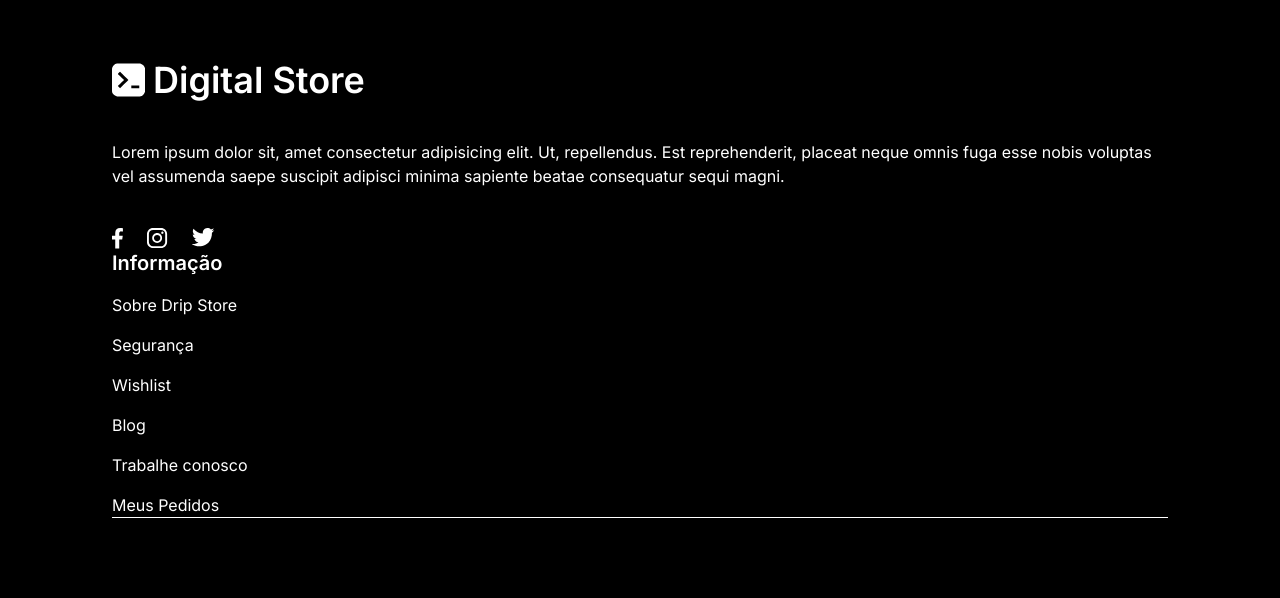
Repository: geracao-09/digital-store
Page: index.html
The author's editor kept a copy of each file at every save. The page is drawn from the files as they stood at one save, then again after the next save.
The browser window is 1280 px wide. The pictures show the part of the page from y = 3410 to 4018 px (the page is 4008 px tall before and 4018 px after).
A picture or video elsewhere on the page could not be fetched, so the positions and the page height are approximate.

Above is the page before, as saved 2025-04-25 08:53:00.

### index.html
<!DOCTYPE html>
<html lang="pt-br">
<head>
    <meta charset="UTF-8">
    <meta name="viewport" content="width=device-width, initial-scale=1.0">
    <title>Digital Store</title>
    <link href="./style.css" rel="stylesheet">
    <script src="https://cdn.jsdelivr.net/npm/@tailwindcss/browser@4"></script>
    <link rel="shortcut icon" href="/assets/digital-logo.svg" type="image/x-icon">
</head>
<body>
<header class="flex flex-col gap-12 px-[108px] py-[38px]">
    <div class="flex items-center justify-between">
        <div class="flex gap-1">
            <img src="/assets/digital-logo.svg" alt="Logo da Digital Store">
            <h1 class="text-4xl text-(--primary-color) font-semibold">Digital Store</h1>
        </div>
        <input type="text" placeholder="Pesquisar produto..." class="bg-(--light-gray-3) py-2 px-3 rounded-lg ml-40 mr-14 bg-[url(/assets/icons/search.svg)] bg-no-repeat bg-right focus:placeholder-transparent w-[560px]" />
        <div>
            <a href="#" class="bg-(--primary-color) text-white rounded-lg px-7 py-3 font-bold text-sm">
                Entrar
            </a>
        </div>
        <div class="relative">
            <img src="/assets/icons/cart.svg" alt="Imagem de um carrinho de compras">
            <div class="flex justify-center items-center absolute bg-(--tertiary-color) text-white font-bold text-xs rounded-full w-[18px] h-[18px] bottom-[15px] left-3">
                2
            </div>
        </div>
    </div>
    </div>
    <nav class="pl-32">
        <ul class="flex gap-6 text-(--dark-gray-2)">
            <li class="hover:text-(--primary-color) hover:font-bold">
                <a href="#">
                Home
            </a>
        </li>
            <li class="hover:text-(--primary-color) hover:font-bold">
                <a href="#">
                Produtos
            </a>
        </li>
            <li class="hover:text-(--primary-color) hover:font-bold">
                <a href="#">
                Categorias
            </a>
        </li>
            <li class="hover:text-(--primary-color) hover:font-bold">
                <a href="#">
                Meus Pedidos
            </a>
        </li>
        </ul>
    </nav>
</header>
<main>
    <section class="flex px-[108px] bg-(--light-gray-3) py-[78px] h-[680px] relative">
        <div class="flex flex-col gap-5 w-[466px]">
            <p class="text-(--warning-color) font-bold">
                Melhores ofertas personalizadas
            </p>
            <h2 class="font-extrabold text-6xl">
                Queima de estoque Nike 🔥
            </h2>
            <p class="text-(--dark-gray-2) text-lg">
                Consequat culpa exercitation mollit nisi excepteur do do tempor laboris eiusmod irure consectetur.
            </p>
            <a href="#" class="flex items-center justify-center bg-(--primary-color) text-(--light-gray-3) font-bold w-[220px] h-[48px] rounded-lg">
                Ver Ofertas
            </a>
        </div>
        <img src="/assets/pictures/white-sneakers.svg" alt="Foto de um tenis branco" class="absolute right-28 bottom-8"/>
        <img src="/assets/ornaments/ornament.svg" alt="Firula do site - by wendell" class="absolute top-12 right-8">
    </section>
    <section class="flex flex-col gap-15 px-[108px] py-[42px]">
        <div class="flex flex-col gap-10">
            <h4 class="text-(--dark-gray-2) font-bold text-2xl">
                Coleções em destaque
            </h4>
            <ul class="grid grid-cols-3 gap-3.5 h-68">
                <li  class="flex bg-[#D8E3F2] pl-8 pt-8 rounded-md relative bg-[url(/assets/pictures/star-wars-shirt-pic.svg)] bg-no-repeat bg-bottom-right">
                    <div class="w-1/2 z-10">
                    <p class="bg-[#E7FF86] rounded-4xl font-bold text-(--dark-gray-2) w-[96px] text-center py-1.5 text-sm">
                        30% OFF
                    </p>
                    <h5 class="font-bold text-(--dark-gray) text-4xl mt-2.5 mb-8">
                        Novo drop Supreme
                    </h5>
                    <a href="#" class="text-(--primary-color) bg-white rounded-xl font-bold px-12 py-4.5">
                        Comprar
                    </a>
                </div>
                </li>
                <li  class="flex bg-[#D8E3F2] pl-8 pt-8 rounded-md relative bg-[url(/assets/pictures/sneaks-pic.svg)] bg-no-repeat bg-bottom-right">
                    <div class="w-1/2 z-10">
                    <p class="bg-[#E7FF86] rounded-4xl font-bold text-(--dark-gray-2) w-[96px] text-center py-1.5 text-sm">
                        30% OFF
                    </p>
                    <h5 class="font-bold text-(--dark-gray) text-4xl mt-2.5 mb-8">
                        Coleção Adidas
                    </h5>
                    <a href="#" class="text-(--primary-color) bg-white rounded-xl font-bold px-12 py-4.5">
                        Comprar
                    </a>
                </div>
                </li>
                <li  class="flex bg-[#D8E3F2] pl-8 pt-8 rounded-md relative bg-[url(/assets/pictures/headphone-pic.svg)] bg-no-repeat bg-bottom-right">
                    <div class="w-1/2 z-10">
                    <p class="bg-[#E7FF86] rounded-4xl font-bold text-(--dark-gray-2) w-[96px] text-center py-1.5 text-sm">
                        30% OFF
                    </p>
                    <h5 class="font-bold text-(--dark-gray) text-4xl mt-2.5 mb-8">
                        Novo<br> Beats Bass
                    </h5>
                    <a href="#" class="text-(--primary-color) bg-white rounded-xl font-bold px-12 py-4.5">
                        Comprar
                    </a>
                </div>
                </li>
            </ul>
        </div>
        <div class="bg-[url(/assets/icons/house-border.svg)] bg-no-repeat bg-center object-contain flex flex-col items-center gap-5 pt-5.5 h-[318px]">
            <h1 class="font-bold text-2xl text-(--dark-gray-2)">
                Coleções em destaque
            </h1>
            <ul class="flex gap-8">
                <li><a href="#">
                    <div class="bg-[url(/assets/icons/t-shirt.svg)] w-[104px] h-[104px] bg-white bg-no-repeat bg-center rounded-full"></div>
                    <p class="font-bold text-sm text-(--dark-gray-2) text-center">Camisetas</p>
                </a></li>
                <li><a href="#">
                    <div class="bg-[url(/assets/icons/pants.svg)] w-[104px] h-[104px] bg-white bg-no-repeat bg-center rounded-full"></div>
                    <p class="font-bold text-sm text-(--dark-gray-2) text-center">Calças</p>
                </a></li>
                <li><a href="#">
                    <div class="bg-[url(/assets/icons/cap.svg)] w-[104px] h-[104px] bg-white bg-no-repeat bg-center rounded-full"></div>
                    <p class="font-bold text-sm text-(--dark-gray-2) text-center">Bonés</p>
                </a></li>
                <li><a href="#">
                    <div class="bg-[url(/assets/icons/headphones.svg)] w-[104px] h-[104px] bg-white bg-no-repeat bg-center rounded-full"></div>
                    <p class="font-bold text-sm text-(--dark-gray-2) text-center">Headphones</p>
                </a></li>
                <li><a href="#">
                    <div class="bg-[url(/assets/icons/sneakers.svg)] w-[104px] h-[104px] bg-white bg-no-repeat bg-center rounded-full"></div>
                    <p class="font-bold text-sm text-(--dark-gray-2) text-center">Tênis</p>
                </a></li>
            </ul>
        </div>
    </section>
    <section class="px-[108px]">
        <div class="flex justify-between mb-5">
            <h4 class="text-(--dark-gray-2) font-bold text-2xl">
                Produtos em  alta
            </h4>
            <div class="flex gap-2 items-center">
                <a href="#" class="text-(--primary-color) text-[18px]">
                    Ver todos
                </a>
                <img src="/assets/ornaments/arrow-right.svg" alt="Flecha apontando pra direita" class="w-[24px]">
            </div>
        </div>
        <ul class="grid grid-cols-4">
            <li class="mb-5">
            <div class="bg-[url(/assets/pictures/sneaks-pic2.svg)] w-[292px] h-[320px] bg-white bg-no-repeat bg-center relative">
                <div class="flex justify-center items-center bg-[#E7FF86] font-bold text-sm h-[32px] w-[96px] rounded-4xl absolute left-5 top-5">50% off</div>
            </div>
                <div>
                    <p class="text-xs text-(--light-gray) font-bold">
                        Tênis
                    </p>
                    <h5 class="text-2xl text-(--dark-gray-2)">
                        K-Swiss V8 - Masculino
                    </h5>
                    <div class="flex gap-2">
                    <h5 class="text-(--light-gray) line-through text-2xl">
                        $200
                    </h5>
                    <h5 class="font-bold text-2xl">
                        $100
                    </h5>
                </div>
            </div>
            </li>
            <li class="mb-5">
            <div class="bg-[url(/assets/pictures/sneaks-pic2.svg)] w-[292px] h-[320px] bg-white bg-no-repeat bg-center relative">
                <div class="flex justify-center items-center bg-[#E7FF86] font-bold text-sm h-[32px] w-[96px] rounded-4xl absolute left-5 top-5">50% off</div>
            </div>
                <div>
                    <p class="text-xs text-(--light-gray) font-bold">
                        Tênis
                    </p>
                    <h5 class="text-2xl text-(--dark-gray-2)">
                        K-Swiss V8 - Masculino
                    </h5>
                    <div class="flex gap-2">
                    <h5 class="text-(--light-gray) line-through text-2xl">
                        $200
                    </h5>
                    <h5 class="font-bold text-2xl">
                        $100
                    </h5>
                </div>
            </div>
            </li>
            <li class="mb-5">
            <div class="bg-[url(/assets/pictures/sneaks-pic2.svg)] w-[292px] h-[320px] bg-white bg-no-repeat bg-center relative">
            </div>
                <div>
                    <p class="text-xs text-(--light-gray) font-bold">
                        Tênis
                    </p>
                    <h5 class="text-2xl text-(--dark-gray-2)">
                        K-Swiss V8 - Masculino
                    </h5>
                    <h5 class="font-bold text-2xl">
                        $100
                    </h5>
            </div>
            </li>
            <li class="mb-5">
            <div class="bg-[url(/assets/pictures/sneaks-pic2.svg)] w-[292px] h-[320px] bg-white bg-no-repeat bg-center relative">
            </div>
                <div>
                    <p class="text-xs text-(--light-gray) font-bold">
                        Tênis
                    </p>
                    <h5 class="text-2xl text-(--dark-gray-2)">
                        K-Swiss V8 - Masculino
                    </h5>
                    <h5 class="font-bold text-2xl">
                        $100
                    </h5>
            </div>
            </li>
            <li class="mb-5">
            <div class="bg-[url(/assets/pictures/sneaks-pic2.svg)] w-[292px] h-[320px] bg-white bg-no-repeat bg-center relative">
            </div>
                <div>
                    <p class="text-xs text-(--light-gray) font-bold">
                        Tênis
                    </p>
                    <h5 class="text-2xl text-(--dark-gray-2)">
                        K-Swiss V8 - Masculino
                    </h5>
                    <h5 class="font-bold text-2xl">
                        $100
                    </h5>
            </div>
            </li>
            <li class="mb-5">
            <div class="bg-[url(/assets/pictures/sneaks-pic2.svg)] w-[292px] h-[320px] bg-white bg-no-repeat bg-center relative">
            </div>
                <div>
                    <p class="text-xs text-(--light-gray) font-bold">
                        Tênis
                    </p>
                    <h5 class="text-2xl text-(--dark-gray-2)">
                        K-Swiss V8 - Masculino
                    </h5>
                    <h5 class="font-bold text-2xl">
                        $100
                    </h5>
            </div>
            </li>
            <li class="mb-5">
            <div class="bg-[url(/assets/pictures/sneaks-pic2.svg)] w-[292px] h-[320px] bg-white bg-no-repeat bg-center relative">
            </div>
                <div>
                    <p class="text-xs text-(--light-gray) font-bold">
                        Tênis
                    </p>
                    <h5 class="text-2xl text-(--dark-gray-2)">
                        K-Swiss V8 - Masculino
                    </h5>
                    <h5 class="font-bold text-2xl">
                        $100
                    </h5>
            </div>
            </li>
            <li class="mb-5">
            <div class="bg-[url(/assets/pictures/sneaks-pic2.svg)] w-[292px] h-[320px] bg-white bg-no-repeat bg-center relative">
            </div>
                <div>
                    <p class="text-xs text-(--light-gray) font-bold">
                        Tênis
                    </p>
                    <h5 class="text-2xl text-(--dark-gray-2)">
                        K-Swiss V8 - Masculino
                    </h5>
                    <h5 class="font-bold text-2xl">
                        $100
                    </h5>
            </div>
            </li>

        </ul>
    </section>
    <section class="flex justify-center items-center bg-white py-20 px-18 gap-28">
        <div>
            <div class="w-[456px] h-[456px] bg-linear-(--secondary-gradient) rounded-full  relative">
                <img src="/assets/pictures/ei-jordao.svg" alt="" class="w-[574px] absolute top-[12%] right-[12%] scale-135">
            </div>
        </div>
        <div class="flex flex-col gap-4 w-[40%]">
            <p class="text-sm text-(--primary-color) font-bold">
                Oferta especial
            </p>
            <h2 class="font-bold text-(--dark-gray-2) text-5xl">
                Air Jordan edição de colecionador
            </h2>
            <p class="text-(--dark-gray-2)">
                Lorem ipsum dolor sit amet, consectetur adipiscing elit, sed do eiusmod tempor incididunt ut labore et dolore magna aliqua. Ut enim ad minim veniam, quis nostrud exercitation ullamco laboris nisi ut aliquip
            </p>
            <a href="#" class="flex items-center justify-center bg-(--primary-color) text-(--light-gray-3) font-bold w-[220px] h-[48px] rounded-lg mt-6">
                Ver Ofertas
            </a>
        </div>
    </section>
</main>
<footer class="bg-black text-white py-20 px-28">
    <div>
        <div  class="flex flex-col gap-10">
            <div class="flex gap-2">
                <img src="/assets/white-logo.svg" alt="Logo da Digital em branco">
                <h4 class="font-semibold text-4xl">Digital Store</h4>
            </div>
        <div>
            <p>Lorem ipsum dolor sit, amet consectetur adipisicing elit. Ut, repellendus. Est reprehenderit, placeat neque omnis fuga esse nobis voluptas vel assumenda saepe suscipit adipisci minima sapiente beatae consequatur sequi magni.</p>
        </div>
        <div>
            <ul class="flex gap-6">
                <li><img src="/assets/icons/facebook.svg" alt="logo da facebook"></li>
                <li><img src="/assets/icons/instagram.svg" alt="logo do instagram"></li>
                <li><img src="/assets/icons/twitter.svg" alt="logo da twitter, vulgo, X"></li>
            </ul>
        </div>
    </div>
        <div>
            <ul class="flex flex-col gap-4">
                <li class="font-semibold text-xl mb">Informação</li>
                <li><a href="#">
                    Sobre Drip Store
                </a></li>
                <li><a href="#">
                    Segurança
                </a></li>
                <li><a href="#">
                    Wishlist
                </a></li>
                <li><a href="#">
                    Blog
                </a></li>
                <li><a href="#">
                    Trabalhe conosco
                </a></li>
                <li><a href="#">
                    Meus Pedidos
                </a></li>
            </ul>
            <ul>
                <li></li>
                <li></li>
                <li></li>
                <li></li>
                <li></li>
                <li></li>
            </ul>
        </div>
        <div>
            <h6></h6>
            <p></p>
            <p></p>
        </div>
    </div>
    <hr>
    <div>

    </div>
</footer>
</body>
</html>

### style.css
@import url('https://fonts.googleapis.com/css2?family=Inter:ital,opsz,wght@0,14..32,100..900;1,14..32,100..900&display=swap');

:root {
    --dark-gray: #1F1F1F;
    --dark-gray-2: #474747;
    --dark-gray-3: #666666;
    --light-gray: #8F8F8F;
    --light-gray-2: #CCCCCC;
    --light-gray-3: #F5F5F5;
    --white: #FFFFFF;
    --primary-color: #C92071;
    --secondary-color: #B5B6F2;
    --tertiary-color: #991956;
    --error-color: #EE4266;
    --success-color: #52CA76;
    --warning-color: #F6AA1C;
    --primary-gradient: 180deg,#C92071, #EDABCA;
    --secondary-gradient: 180deg, #B5B6F2, #EFEFFF;
}

* {
    font-family: "Inter", sans-serif;
    box-sizing: border-box;
}

main {
    background-color: #F9F8FE;
}

### assets/icons/instagram.svg
<svg width="21" height="21" viewBox="0 0 21 21" fill="none" xmlns="http://www.w3.org/2000/svg">
<path d="M15.3772 3.59082C15.0646 3.59082 14.7647 3.71504 14.5436 3.93614C14.3225 4.15725 14.1982 4.45713 14.1982 4.76982C14.1981 4.92473 14.2285 5.07815 14.2877 5.22131C14.3469 5.36447 14.4337 5.49456 14.5432 5.60415C14.6527 5.71373 14.7827 5.80066 14.9258 5.85998C15.0689 5.91929 15.2223 5.94982 15.3772 5.94982C15.6899 5.94982 15.9898 5.82561 16.2109 5.6045C16.432 5.38339 16.5562 5.08351 16.5562 4.77082C16.5564 4.61591 16.526 4.46249 16.4668 4.31933C16.4076 4.17617 16.3208 4.04608 16.2113 3.93649C16.1018 3.82691 15.9718 3.73997 15.8287 3.68066C15.6856 3.62135 15.5322 3.59082 15.3772 3.59082Z" fill="white"/>
<path d="M10.1361 5.10303C8.82331 5.10435 7.56467 5.62637 6.63631 6.55454C5.70794 7.48272 5.18567 8.74126 5.18408 10.054C5.18567 11.3669 5.70791 12.6255 6.63625 13.5539C7.56458 14.4822 8.82322 15.0044 10.1361 15.006C11.449 15.0044 12.7076 14.4822 13.6359 13.5539C14.5643 12.6255 15.0865 11.3669 15.0881 10.054C15.0865 8.74126 14.5642 7.48272 13.6359 6.55454C12.7075 5.62637 11.4489 5.10435 10.1361 5.10303ZM10.1361 13.226C9.29489 13.2252 8.48838 12.8906 7.89366 12.2957C7.29894 11.7008 6.96461 10.8942 6.96408 10.053C6.96488 9.21201 7.29933 8.40566 7.89402 7.81096C8.48871 7.21627 9.29506 6.88182 10.1361 6.88103C10.9771 6.88182 11.7835 7.21627 12.3782 7.81096C12.9728 8.40566 13.3073 9.21201 13.3081 10.053C13.3076 10.8942 12.9732 11.7008 12.3785 12.2957C11.7838 12.8906 10.9773 13.2252 10.1361 13.226Z" fill="white"/>
<path d="M14.0681 20.108H6.03607C4.43499 20.1061 2.90003 19.4693 1.7679 18.3371C0.635768 17.205 -0.00107705 15.67 -0.00292969 14.069V6.04098C-0.00134169 4.43973 0.635388 2.90451 1.76755 1.77216C2.89971 0.639813 4.43482 0.00282968 6.03607 0.000976562H14.0641C15.6651 0.0028292 17.2001 0.639674 18.3322 1.7718C19.4644 2.90394 20.1012 4.4389 20.1031 6.03998V14.068C20.1015 15.6685 19.4653 17.2031 18.334 18.3354C17.2027 19.4676 15.6686 20.1051 14.0681 20.108ZM6.03607 1.89297C4.93662 1.8943 3.88259 2.33164 3.10516 3.10907C2.32773 3.88649 1.8904 4.94053 1.88907 6.03998V14.068C1.88881 15.1685 2.32544 16.224 3.10304 17.0028C3.88064 17.7815 4.93558 18.2197 6.03607 18.221H14.0641C15.1638 18.2199 16.2182 17.7827 16.996 17.0053C17.7738 16.2279 18.2115 15.1737 18.2131 14.074V6.04597C18.2115 4.94626 17.7738 3.89208 16.996 3.11465C16.2182 2.33722 15.1638 1.90003 14.0641 1.89898L6.03607 1.89297Z" fill="white"/>
</svg>

### assets/icons/pants.svg
<svg width="64" height="64" viewBox="0 0 64 64" fill="none" xmlns="http://www.w3.org/2000/svg">
<path d="M20.3125 0.149998C19.7875 0.450001 19.7625 0.612499 19.75 2.9125V5.125L13.3625 32.25C9.41247 49.075 6.99997 59.55 7.02497 59.8375C7.04997 60.15 7.16247 60.3625 7.37497 60.525C7.69997 60.7625 18.2875 64 18.7375 64C18.875 64 19.125 63.875 19.3 63.7125C19.525 63.525 21.775 58.3875 27.075 46C31.1875 36.4125 34.575 28.525 34.6125 28.475C34.6875 28.3875 39.375 39.175 39.375 39.4125C39.375 39.4625 38.225 39.5 36.8125 39.5C34.25 39.5 34.2375 39.5 33.9375 39.8125L33.625 40.1125V45.3V50.4875L33.9125 50.8125C34.1625 51.1 34.625 51.2125 39.7875 52.25C43.6875 53.025 45.4625 53.3375 45.6625 53.2625C45.8125 53.2 48.3875 50.95 51.375 48.2625C55.8 44.2875 56.8375 43.2875 56.975 42.9125C57.1 42.5625 57.125 41.8375 57.1 40.25L57.05 38.0625L53.375 21.9375L49.7 5.8125L49.6375 3.2125L49.5625 0.599998L49.2125 0.299999L48.8625 0H34.7125C24.3 0.0125008 20.5 0.0499992 20.3125 0.149998ZM26.125 3.1875V4.25H24H21.875V3.1875V2.125H24H26.125V3.1875ZM31.5 3.1875V4.25H29.875H28.25V3.1875V2.125H29.875H31.5V3.1875ZM35.75 3.1875V4.25H34.6875H33.625V3.1875V2.125H34.6875H35.75V3.1875ZM41.1 3.2125L41.1375 4.25H39.5H37.875V3.1875V2.1125L39.475 2.15L41.0625 2.1875L41.1 3.2125ZM47.5 3.1875V4.25H45.375H43.25V3.1875V2.125H45.375H47.5V3.1875ZM26.125 7.775C26.125 9.4375 25.875 10.1375 25.025 10.9C24.3125 11.5375 23.5125 11.75 21.7875 11.75C20.4875 11.75 20.3625 11.725 20.425 11.525C20.5 11.3 21.625 6.5 21.625 6.425C21.625 6.4 22.6375 6.375 23.875 6.375H26.125V7.775ZM33.625 15.8375V25.3125L25.8625 43.4375C21.5875 53.4 18.0875 61.575 18.075 61.5875C18.0375 61.6375 9.59997 59.125 9.42497 59.0125C9.32497 58.9625 10.9625 51.8 14.575 36.4375C17.4875 24.0625 19.875 13.925 19.875 13.9C19.875 13.8875 20.625 13.875 21.55 13.875C24.225 13.875 25.3125 13.55 26.575 12.35C27.8 11.1875 28.25 9.95 28.25 7.6875V6.375H30.9375H33.625V15.8375ZM37.875 14.6625V22.95L37.225 23.4375C36.8625 23.7 36.375 24.05 36.1625 24.225L35.75 24.525V15.45V6.375H36.8125H37.875V14.6625ZM41.1375 8.125C41.225 10.0625 41.325 10.4625 42 11.4625C42.5625 12.3125 43.2375 12.9 44.1625 13.325C45.1 13.75 45.925 13.875 47.7625 13.875C49.325 13.875 49.375 13.8875 49.4375 14.15C50.875 20.25 54.875 38.425 54.875 38.875V39.5H48.325H41.775L39.075 33.2C37.5875 29.7375 36.375 26.85 36.375 26.7875C36.3875 26.7375 37.1125 26.15 37.9875 25.5C38.875 24.85 39.6875 24.1625 39.8 23.975C39.975 23.6875 40 22.6875 40 15V6.3625L40.5375 6.4L41.0625 6.4375L41.1375 8.125ZM48.275 9C48.6 10.4125 48.8625 11.6125 48.8625 11.675C48.875 11.725 48.125 11.7625 47.225 11.725C45.675 11.6875 45.5125 11.65 44.9 11.325C43.625 10.625 43.25 9.825 43.25 7.8125V6.375L45.4625 6.4L47.6875 6.4375L48.275 9ZM54.875 41.9375C54.875 42.1875 53.9125 43.1125 49.95 46.6875L45.025 51.125L40.6625 50.25C38.275 49.775 36.1875 49.35 36.0375 49.3125L35.75 49.25V45.4375V41.625H45.3125H54.875V41.9375Z" fill="#8F8F8F"/>
</svg>

Loaded but not shown: assets/icons/headphones.svg (8 lines, source omitted)

After the next save:
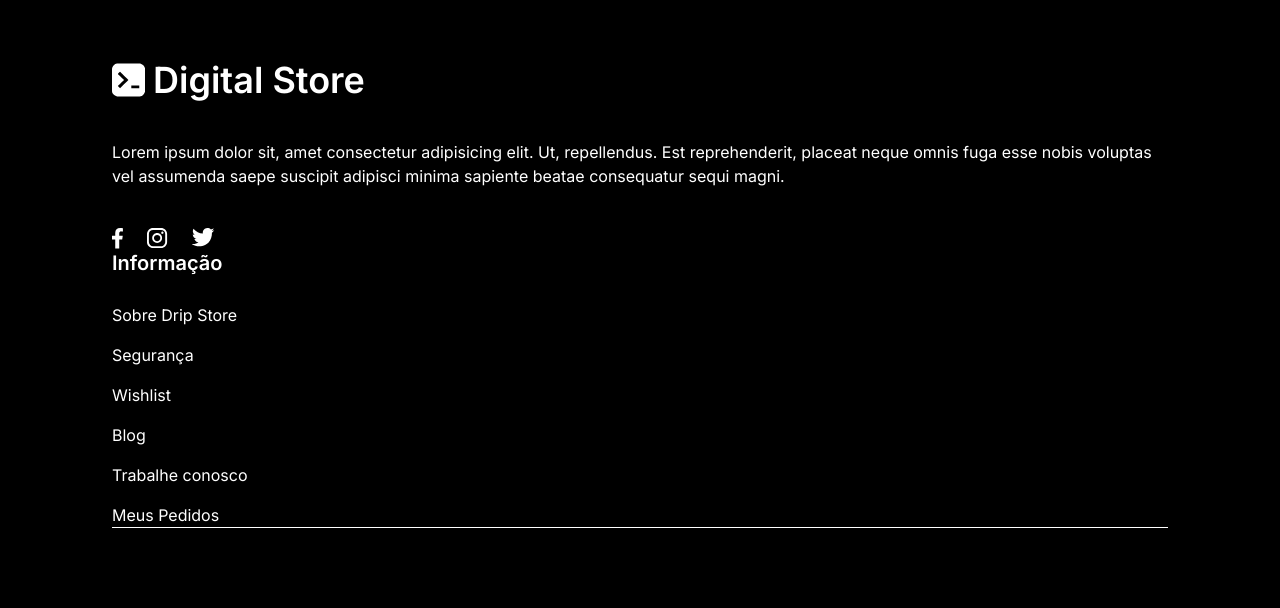
Saved 5 s later.
--- a/index.html
+++ b/index.html
@@ -338,7 +338,7 @@
     </div>
         <div>
             <ul class="flex flex-col gap-4">
-                <li class="font-semibold text-xl mb">Informação</li>
+                <li class="font-semibold text-xl mb-2.5">Informação</li>
                 <li><a href="#">
                     Sobre Drip Store
                 </a></li>
